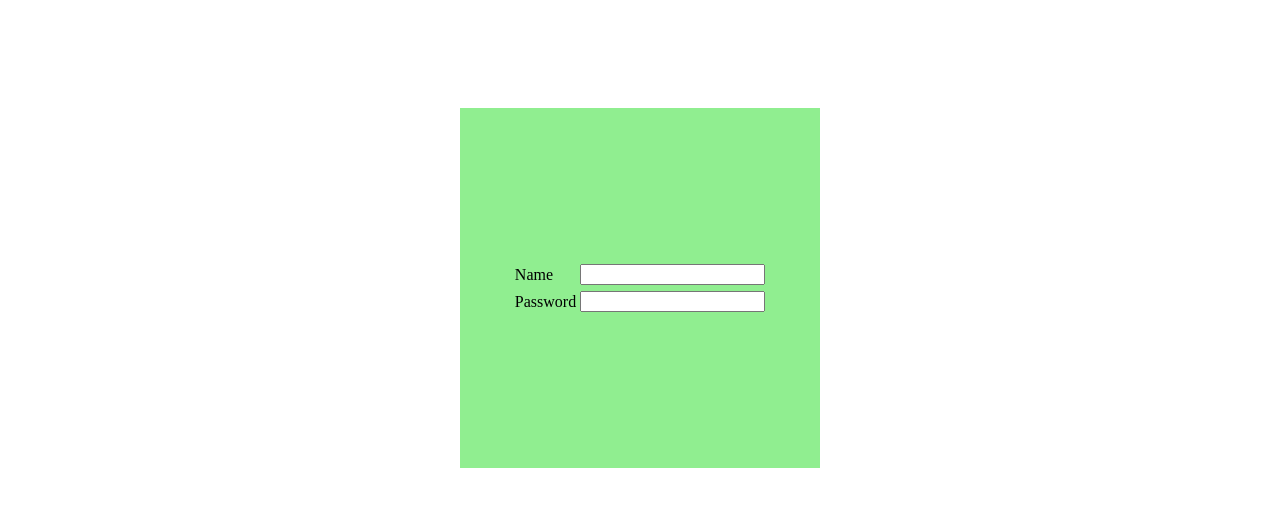
Repository: yash1sh/Java
Page: Bootcmp/Servlet_Demo/src/main/webapp/index.html
An editor plug-in stored every save of this project. The page is shown before and after the next save, followed by the edit.
The browser window is 1280 px wide. The pictures show the whole page.

Above is the page before, as saved 2022-05-14 09:44:15.

After the next save:
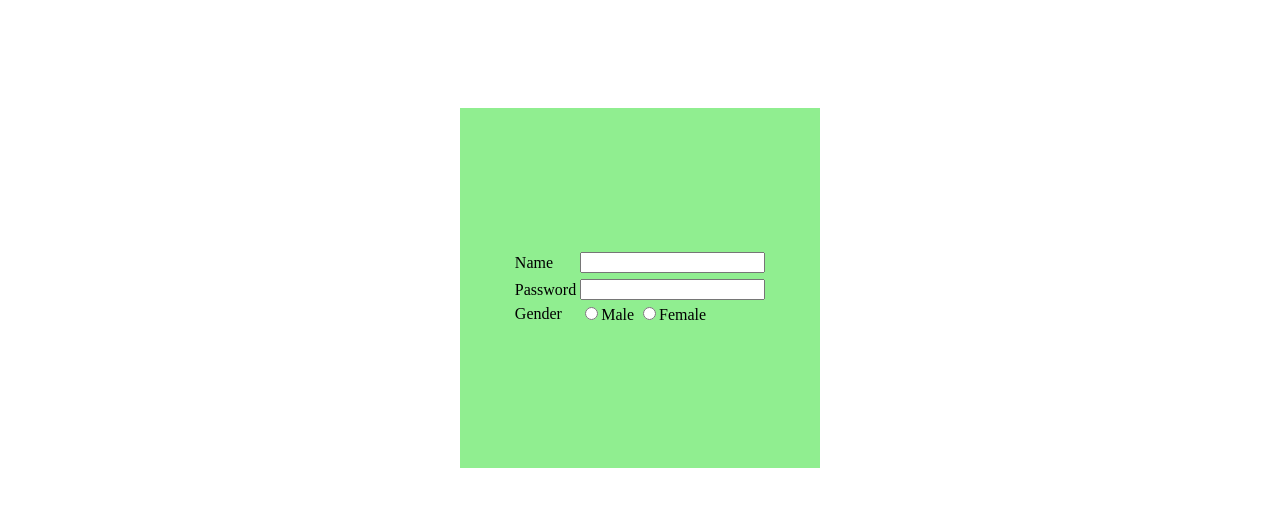
Saved 40 min 34 s later.
--- a/Bootcmp/Servlet_Demo/src/main/webapp/index.html
+++ b/Bootcmp/Servlet_Demo/src/main/webapp/index.html
@@ -18,6 +18,12 @@
 						<td><label>Password</label></td>
 						<td><input type="password" id="password"></td>
 					</tr>
+					<tr>
+						<td> <label>Gender</label></td>
+						<td> <input type="radio" id="gender">Male
+							<input type="radio" id="gender">Female</td>
+					</tr>
+
 				</table>
 			</form>
 		</article>
